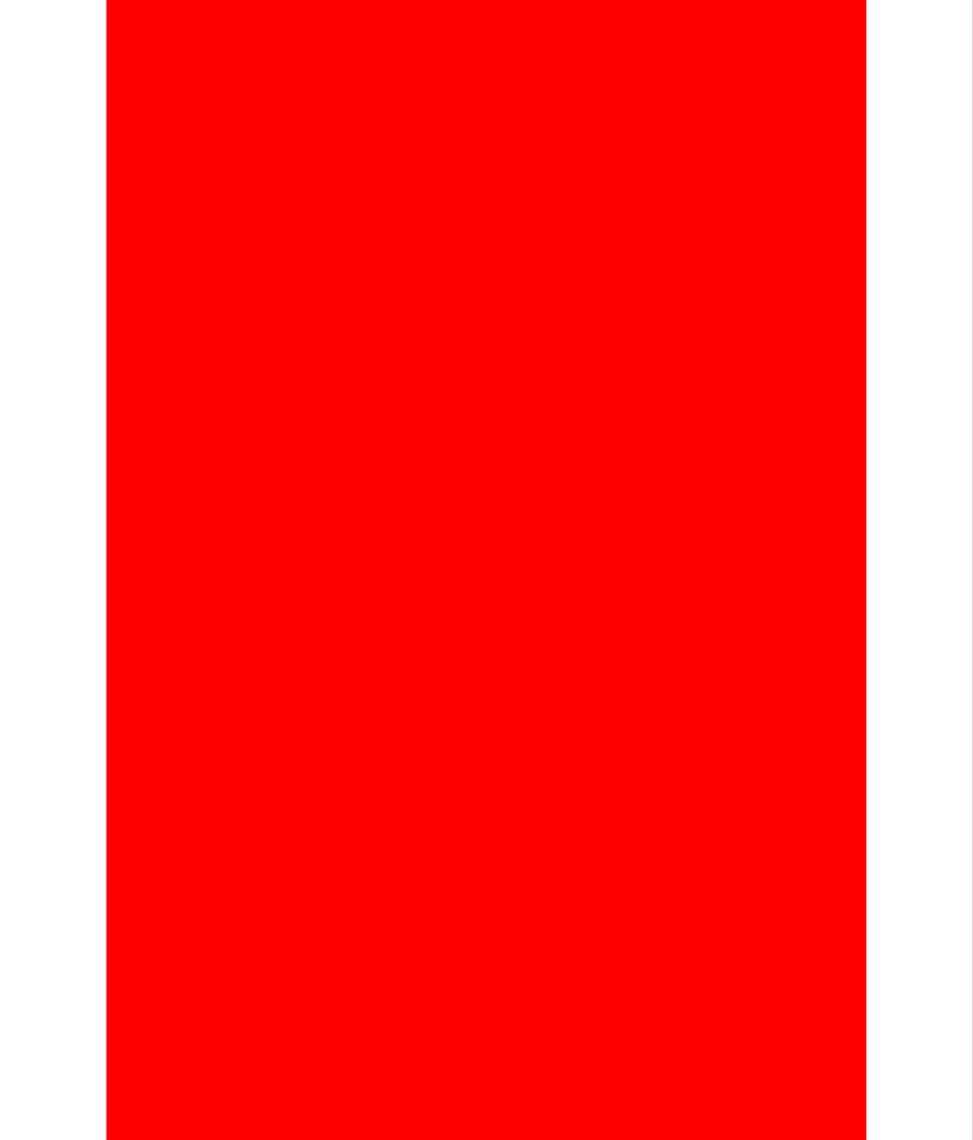
Repository: AmelYahyaoui/journal
Page: index.html
These files come from the project's save history. The page is drawn as it stood at one moment and after the next save; the edit follows.
The browser window is 1280 px wide. The pictures show the whole page, at 76% of full size.
Some web libraries are served in a nearby version.

Above is the page before, as saved 2024-10-08 13:23:53.

After the next save:
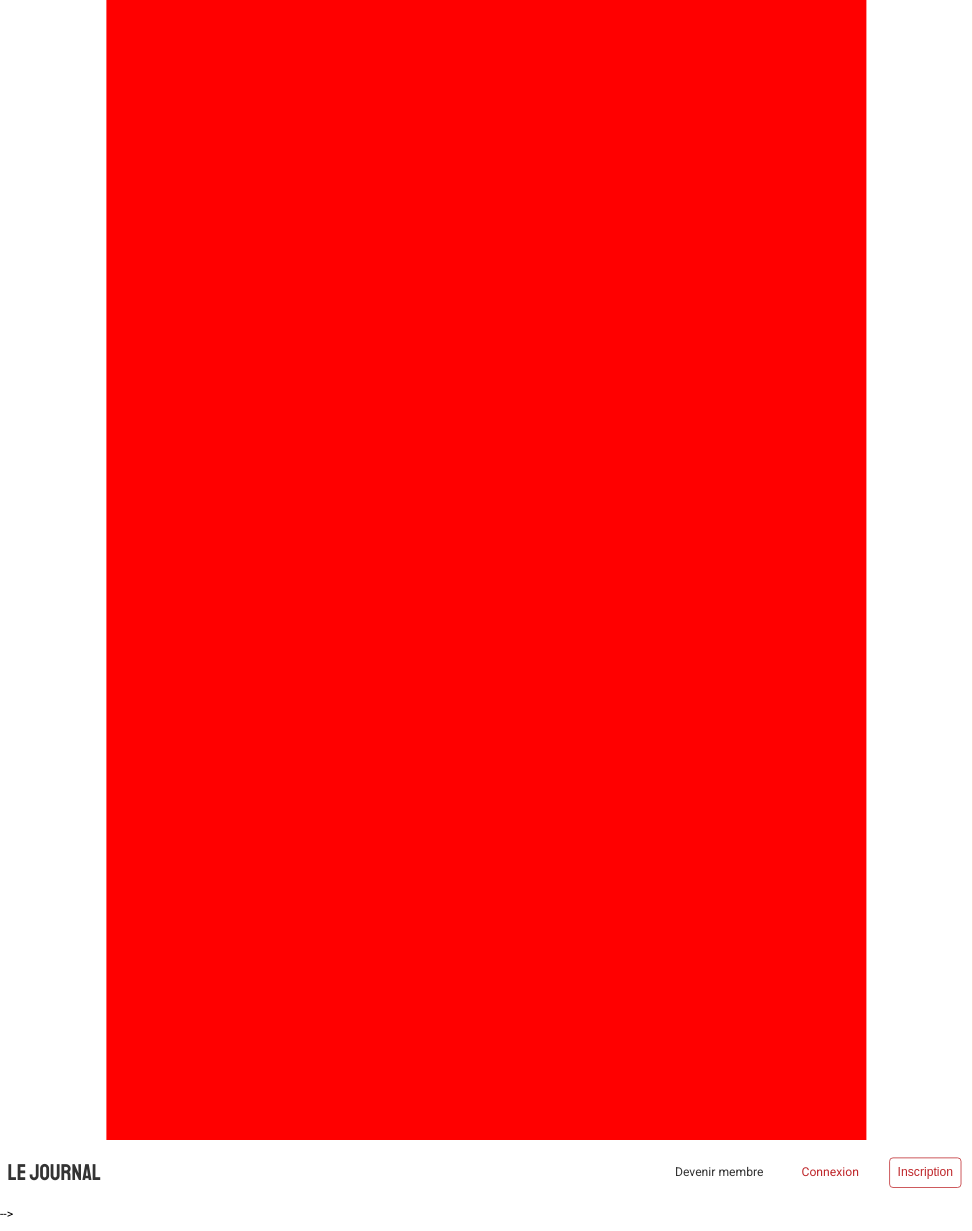
Saved 8 s later.
--- a/index.html
+++ b/index.html
@@ -16,7 +16,7 @@
   <div class="container">
 
   </div>
-  <!-- <header>
+    <header>
     <a href="#" class="logo">le journal</a>
      <ul>
       <li><a href="">Devenir membre</a></li>

After the save that followed:
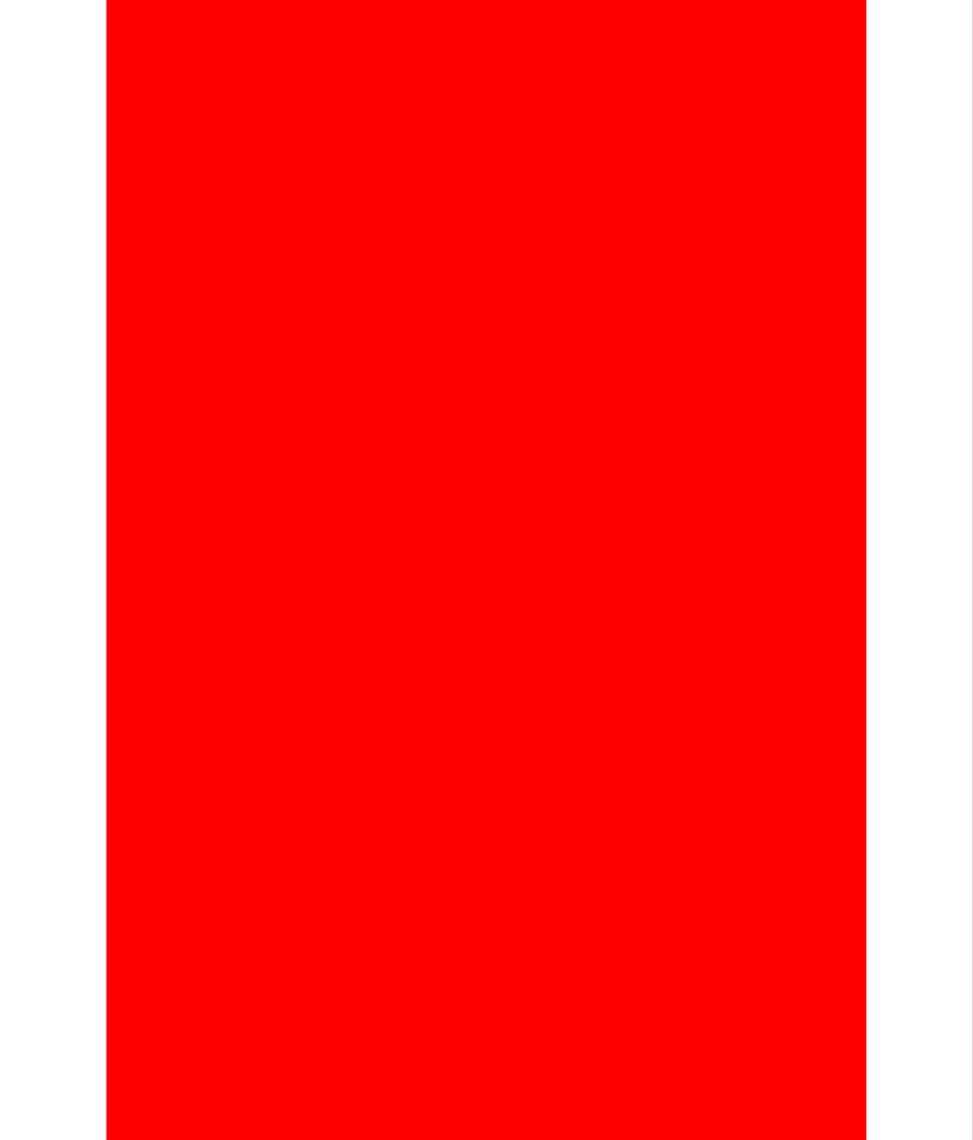
Saved 6 s later.
--- a/index.html
+++ b/index.html
@@ -16,14 +16,7 @@
   <div class="container">
 
   </div>
-    <header>
-    <a href="#" class="logo">le journal</a>
-     <ul>
-      <li><a href="">Devenir membre</a></li>
-      <li><a class="text-primary" href="">Connexion</a></li>
-      <li><button class="btn btn-light" href="">Inscription</></li>
-     </ul> -->
-    </header>
+
     <!-- <nav>
       <a href="#">TECH</a>
       <a href="#">MODE</a>
